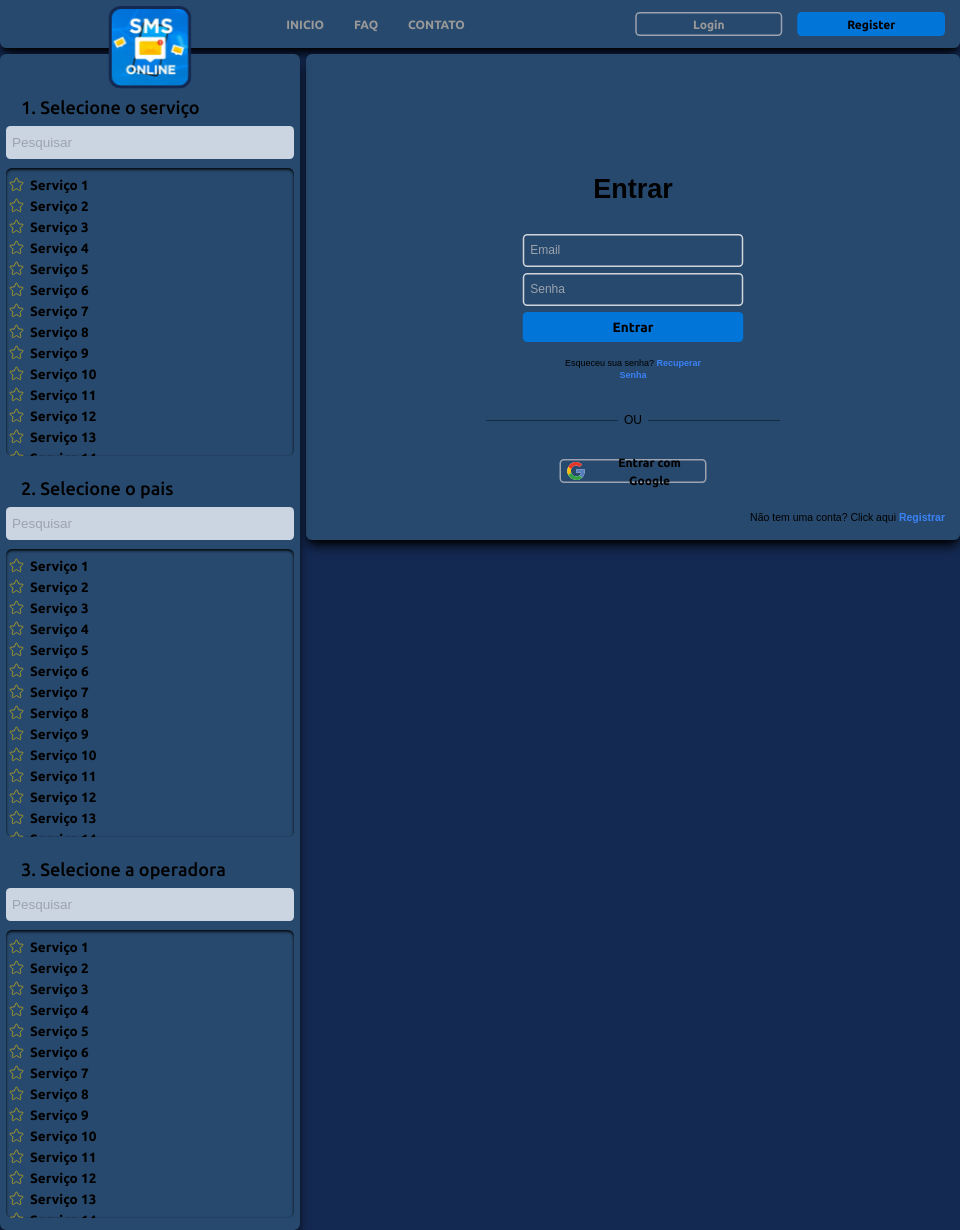
Repository: Felipe-Henrique-Dev/-DIOGO-SMS
Page: /auth
These files come from the project's save history. The page is drawn as it stood at one moment and after a run of saves; the edit follows.
The browser window is 1280 px wide. The pictures show the whole page, at 75% of full size.
The project was rebuilt for these pictures with package versions that can differ from the ones it lists, and the page was loaded fresh each time. The framework's server and built-in components were replaced by stand-ins that run in the browser. Also part of the build but not shown: next.config.ts.

Above is the page before, as saved 2024-12-16 22:58:12.

### src/app/layout.tsx
import type { Metadata } from "next";
import "./globals.css";
import Header from "@/components/main/Header";
import Main from "@/components/main/Main";
import WebApp from "@/components/main/WebApp";



export const metadata: Metadata = {
  title: "Create Next App",
  description: "Generated by create next app",
};

export default function RootLayout({
  children,
}: Readonly<{
  children: React.ReactNode;
}>) {
  return (
    <html lang="pt-br">
      <body className={`antialiased`}>
        <Header />
        <Main>
          <WebApp />
          {children}
        </Main>
      </body>
    </html>
  );
}

### src/app/auth/page.tsx
/* eslint-disable @typescript-eslint/no-unused-vars */
'use client'
import { Button } from "@/components/main/Button";
import { Input } from "@/components/main/Input";
import Section from "@/components/main/Section";
import Image from "next/image";
import { useState } from "react";

export default function Auth() {
  const [sectionSelected, setSectionSelected] = useState("login");
  return (
    <Section className="flex flex-col items-center justify-start pt-40 h-[90svh] px-60 gap-10 sticky top-[4.5rem] ">
      <div
        className="text-sm absolute bottom-5 right-5 cursor-pointer "
        onClick={() => {
          setSectionSelected(sectionSelected === "login" ? "register" : "login");
        }}
      >
        {
          sectionSelected === 'login' ?
            "Não tem uma conta? Click aqui" :
            "Já tem uma conta? Click aqui"
        }
        {
          sectionSelected === 'login' ?
            <b className="text-blue-500 hover:scale-110 hover:border-b-[1px] border-blue-500 cursor-pointer "> Registrar</b> :
            <b className="text-blue-500 hover:scale-110"> Entrar</b>
        }
      </div>

      <h1 className="text-4xl font-bold text-center">
        {
          sectionSelected === "login" ? "Entrar" : "Registrar"
        }
      </h1>
      {
        sectionSelected === "login" ? <Login /> : <Register />
      }
      <div className="flex justify-center items-center gap-2 w-full">
        <hr className="w-1/2 h-px border-black rounded-full " />
        <span>OU</span>
        <hr className="w-1/2 h-px border-black rounded-full" />
      </div>
      <Button
        type="button"
        onClick={() => {
          setSectionSelected("register");
        }}
        size="sm"
        isLoading={false}
        className="flex items-center justify-center gap-5"
        bgColor="none"
      >
        <Image className="size-6" src="/icons/icon-google.svg" alt="Google" width={20} height={20} />
        Entrar com Google
      </Button>

    </Section>
  );
}





const Register = () => {
  return (
    <div className="w-full flex flex-col items-center justify-center  gap-5 ">
      <Input
        type="email"
        placeholder="Email"
        bgColor="none"
        />
      <Input
        type="password"
        placeholder="Senha"
        bgColor="none"
        />
      <Input
        type="password"
        placeholder="Confirmar Senha"
        bgColor="none"
        />
      <Button
          type="submit"
          onClick={() => {}}
          size="md"
          isLoading={false}
        >
        Registrar
      </Button>
      <span className="text-xs w-1/2 text-center">
        Se Registrando você concorda com nossa <b className="text-blue-500 hover:scale-110 hover:border-b-[1px] border-blue-500 cursor-pointer ">Política de Dados</b> e <b className="text-blue-500 hover:scale-110 hover:border-b-[1px] border-blue-500 cursor-pointer ">Política de Cookies</b>.
      </span>
    </div>
  );
};


const Login = () => {
  return (
    <div className="w-full flex flex-col items-center justify-center  gap-5 ">
      <Input
        type="email"
        placeholder="Email"
        bgColor="none"
        />
      <Input
        type="password"
        placeholder="Senha"
        bgColor="none"
        />
      <Button
          type="submit"
          onClick={() => {}}
          size="md"
          isLoading={false}
        >
        Entrar
      </Button>
      <span className="text-xs w-1/2 text-center">
        Esqueceu sua senha? <b className="text-blue-500 hover:scale-110 hover:border-b-[1px] border-blue-500 cursor-pointer ">Recuperar Senha</b>
      </span>
    </div>
  );
};

### src/app/globals.css
@import url('https://fonts.googleapis.com/css2?family=Roboto+Mono&family=Ubuntu:wght@500;700&display=swap');
@tailwind base;
@tailwind components;
@tailwind utilities;


:root {
  --background: hsl(220, 60%, 20%);
  --background-secondary: hsl(211, 47%, 29%);
  --tertiary: hsl(0, 0%, 60%);
  --primary_text: hsl(0, 0%, 100%);
  --light: hsl(213, 27%, 84%);
  --foreground: #171717;
  --color-primary: #000;
  --color-secondary: hsl(208, 98%, 43%);
}


body {
  color: var(--tertiary);
  background: var(--background);
  font-family: Arial, Helvetica, sans-serif;
}

::-webkit-scrollbar {
  width: 5px;
  height: 10px;
}

::-webkit-scrollbar-track {
  background-color: var(--background);
}

::-webkit-scrollbar-thumb {
  background: var(--color-secondary);
  border-radius: 10px;
}

::-webkit-scrollbar-thumb:hover {
  background-color: var(--color-highlight-hover);
}

### src/components/main/Header.tsx
import React from "react";
import { Button } from "./Button";


export default function Header() {
  return (
    <header className="h-16 bg-background_secondary shadow-lg shadow-black max-w-screen-2xl m-auto top-0 items-center justify-between  flex rounded-b-lg px-5 z-[99] ">
        <span className="text-white text-lg w-1/4 font-bold"></span>
        <nav className="flex gap-10 uppercase font-bold font-ubuntu w-1/3 items-start ">
            <a href="#" className="">Inicio</a>
            <a href="#" className="">FAQ</a>
            <a href="#" className="">Contato</a>
        </nav>
        <div className="container flex justify-between items-center w-1/3 gap-5">
            <Button type="button" size="sm" className="text-tertiary" isLoading={false} bgColor="none">Login</Button>
            <Button type="button" size="sm" isLoading={false} bgColor="primary">
                Register
            </Button>
        </div>
    </header>
  );
}

### src/components/main/Main.tsx
import React from "react";

export default function Main({
  children,
}: Readonly<{
  children: React.ReactNode;
}>) {
  return (
    <main className="container max-w-screen-2xl mx-auto flex pt-2 gap-2 ">
      {children}
    </main>
  );
}

### src/components/main/WebApp.tsx
'use client'
import React from "react";
import { Input } from "./Input";
import { useForm } from "react-hook-form"
import Image from "next/image";
import {  IconX } from '@tabler/icons-react';



export default function WebApp() {
  const [selectService, setSelectService] = React.useState<{ title: string; valor: number; numberDispobilize: number; id: string } | null>(null);
  const [selectCountry, setSelectCountry] = React.useState<{ title: string; valor: number; numberDispobilize: number; id: string } | null>(null);
  const [selectOperator, setSelectOperator] = React.useState<{ title: string; valor: number; numberDispobilize: number; id: string } | null>(null);

  return (
    <aside className="min-w-[25rem] min-h-[90svh] shadow-lg shadow-black bg-background_secondary text-pri sticky left-0 top-[4.5rem] rounded-lg flex flex-col p-2 gap-5  pt-14 z-[999]">
      <Image src="/logo.webp" alt="Logo" width={110} height={110} className="rounded-2xl absolute -top-16 transform -translate-x-1/2 left-1/2 z-[99] border-4 border-background " />
      <Container subTitle="1. Selecione o serviço" list={list} select={selectService} setSelect={setSelectService} />
      <Container subTitle="2. Selecione o pais" list={list} select={selectCountry} setSelect={setSelectCountry} />
      <Container subTitle="3. Selecione a operadora" list={list} select={selectOperator} setSelect={setSelectOperator} />
    </aside>
  );
}


const Container = ({
  list,
  subTitle,
  select,
  setSelect
}: {
  subTitle: string;
  select?: { title: string; valor: number; numberDispobilize: number; id: string } | null;
  setSelect: React.Dispatch<React.SetStateAction<{ title: string; valor: number; numberDispobilize: number; id: string } | null>>;
  list: { title: string; valor: number; numberDispobilize: number; id: string }[];
}) => {
  const { register, watch } = useForm();
  const filter = (watch("filter") || "").toLowerCase();
  const [favorites, setFavorites] = React.useState<string[]>([]);
  const [loading, setLoading] = React.useState<boolean>(true);

  React.useEffect(() => {
    const storedFavorites = JSON.parse(localStorage.getItem("favorites") || "[]");
    setFavorites(storedFavorites);
    setLoading(false);
  }, []);

  const setFavoriteInStorage = (item: string) => {
    const newFavorites = favorites.includes(item)
      ? favorites.filter(favorite => favorite !== item)
      : [...favorites, item];

    setFavorites(newFavorites);
    localStorage.setItem("favorites", JSON.stringify(newFavorites));
  };

  // Primeiro filtrar e ordenar a lista antes do map
  const filteredAndSortedList = React.useMemo(() => {
    return list
      .filter(item => item.title.toLowerCase().includes(filter))
      .sort((a, b) => {
        const aFav = favorites.includes(a.id);
        const bFav = favorites.includes(b.id);
        if (aFav && !bFav) return -1;
        if (!aFav && bFav) return 1;
        return 0;
      });
  }, [list, filter, favorites]);

  if (loading) return <div>Carregando...</div>;

  return (
    <div className="flex flex-col gap-2  ">
      <span className="text-2xl w-full text-start px-5 text-black font-ubuntu ">{subTitle}</span>
      {
        select ?
          <div className="flex w-full bg-slate-300 rounded-lg h-10 items-center justify-start px-5 gap-5 ">
            <button onClick={() => setSelect(null)} className="flex items-center justify-center gap-2 h-8 min-w-8 rounded-xl border-red-500 border-[1px] text-black">
               <IconX className="w-5 h-5" />
            </button>
            <span className="text-lg font-bold min-w-8 h-8 rounded-full text-center bg-white ">I</span>
            <span className="text-lg font-bold w-auto text-center text-black font-roboto ">{select.title}</span>
          </div>
        :
        <>
          <Input type="text" placeholder="Pesquisar" size="lg" register={register("filter")} />
          <div className="h-96 shadow-inner shadow-black py-2 w-full my-2 overflow-x-auto scroll-smooth rounded-lg p-1 text-black font-ubuntu ">
            {filteredAndSortedList.map((item) => (
              <div className="w-full flex items-center justify-start gap-2" key={item.id}>
                <Stars
                  stars={favorites.includes(item.id)}
                  setFavorite={() => setFavoriteInStorage(item.id)}
                />
                <button className="flex flex-col font-black" onClick={() => setSelect(item)}>
                  <span className="text-lg font-bold w-full text-center">{item.title}</span>
                </button>
              </div>
            ))}
          </div>
        </>
      }
    </div>
  );
};



const list = [
  {
    id: "1",
    title: "Serviço 1",
    valor: 10.00,
    numberDispobilize: 6000,
  },
  {
    id: "2",
    title: "Serviço 2",
    valor: 20.00,
    numberDispobilize: 5000,
  },
  {
    id: "3",
    title: "Serviço 3",
    valor: 30.00,
    numberDispobilize: 4000,
  },
  {
    id: "4",
    title: "Serviço 4",
    valor: 40.00,
    numberDispobilize: 3000,
  },
  {
    id: "5",
    title: "Serviço 5",
    valor: 50.00,
    numberDispobilize: 2000,
  },
  {
    id: "6",
    title: "Serviço 6",
    valor: 60.00,
    numberDispobilize: 1000,
  },
  {
    id: "7",
    title: "Serviço 7",
    valor: 70.00,
    numberDispobilize: 900,
  },
  {
    id: "8",
    title: "Serviço 8",
    valor: 80.00,
    numberDispobilize: 800,
  },
  {
    id: "9",
    title: "Serviço 9",
    valor: 90.00,
    numberDispobilize: 700,
  },
  {
    id: "10",
    title: "Serviço 10",
    valor: 100.00,
    numberDispobilize: 600,
  },
  {
    id: "11",
    title: "Serviço 11",
    valor: 110.00,
    numberDispobilize: 500,
  },
  {
    id: "12",
    title: "Serviço 12",
    valor: 120.00,
    numberDispobilize: 400,
  },
  {
    id: "13",
    title: "Serviço 13",
    valor: 130.00,
    numberDispobilize: 300,
  },
  {
    id: "14",
    title: "Serviço 14",
    valor: 140.00,
    numberDispobilize: 200,
  },
  {
    id: "15",
    title: "Serviço 15",
    valor: 150.00,
    numberDispobilize: 100,
  }
];

const Stars = ({stars, setFavorite} : {stars: boolean, setFavorite: () => void}) => {
  return (
      <>
          {
              !stars?
              <svg width="20" height="20" viewBox="0 0 13 12" fill="none" xmlns="http://www.w3.org/2000/svg" onClick={setFavorite} className="cursor-pointer" >
                  <path d="M6.49956 9.51326L9.26623 11.1866C9.77289 11.4933 10.3929 11.0399 10.2596 10.4666L9.52623 7.31992L11.9729 5.19993C12.4196 4.81326 12.1796 4.07993 11.5929 4.03326L8.37289 3.75993L7.11289 0.786592C6.88623 0.246592 6.11289 0.246592 5.88623 0.786592L4.62623 3.75326L1.40623 4.02659C0.81956 4.07326 0.57956 4.80659 1.02623 5.19326L3.47289 7.31326L2.73956 10.4599C2.60623 11.0333 3.22623 11.4866 3.73289 11.1799L6.49956 9.51326Z" fill="none" stroke="#EFC900" strokeWidth="0.5"/>
              </svg>
              :
              <svg width="20" height="20" viewBox="0 0 13 12" fill="none" xmlns="http://www.w3.org/2000/svg" onClick={setFavorite} className="cursor-pointer">
                  <path d="M6.49956 9.51326L9.26623 11.1866C9.77289 11.4933 10.3929 11.0399 10.2596 10.4666L9.52623 7.31992L11.9729 5.19993C12.4196 4.81326 12.1796 4.07993 11.5929 4.03326L8.37289 3.75993L7.11289 0.786592C6.88623 0.246592 6.11289 0.246592 5.88623 0.786592L4.62623 3.75326L1.40623 4.02659C0.81956 4.07326 0.57956 4.80659 1.02623 5.19326L3.47289 7.31326L2.73956 10.4599C2.60623 11.0333 3.22623 11.4866 3.73289 11.1799L6.49956 9.51326Z" fill="#EFC900"/>
              </svg>
          }
      </>
  );
}

### src/components/main/Button.tsx
/* eslint-disable @typescript-eslint/no-explicit-any */
import { cn } from "@/lib/utils";
import React from "react";

export const Button = ({
    className,
    size = "md",
    onClick,
    children,
    type,
    isLoading,
    bgColor = "primary",
}:{
    type: 'button' | 'submit' | 'reset';
    onClick?: (event: React.MouseEvent<HTMLButtonElement>) => void;
    className?: string;
    children: React.ReactNode;
    size?: "sm" | "md" | "lg";
    isLoading: boolean;
    bgColor?: "primary" | "secondary" | "danger" | "none";
}) => {

    const sizes = {
        sm: "w-1/2 h-8 text-base",
        md: "w-3/4 h-10 text-lg",
        lg: "w-full h-14 text-xl",
    };

    const bgColors = {
        primary: "bg-secondary text-black",
        secondary: "bg-gray-500 text-white",
        danger: "bg-red-500 text-white",
        none: "bg-transparent text-black border-gray-400 border-2 "
    };

    return (
        <button
            type={type}
            onClick={onClick}
            className={cn(
                "p-2 rounded-md relative flex items-center justify-center font-bold font-ubuntu hover:scale-105 transition-transform duration-300",
                bgColors[bgColor],
                sizes[size],
                className
            )}
            disabled={isLoading}
        >
            {
                isLoading ? loading() : children
            }
        </button>
    );
}


const loading = () => {
    return (
        <div className="absolute inset-0 bg-gray-300 bg-opacity-50 flex items-center justify-center">
            <div className="animate-spin rounded-full h-12 w-12 border-t-2 border-b-2 border-gray-900"></div>
        </div>
    );
}

### src/components/main/Input.tsx
/* eslint-disable @typescript-eslint/no-unused-vars */
/* eslint-disable @typescript-eslint/no-explicit-any */
import { cn } from "@/lib/utils";
import React from "react";

export const Input = ({
    type,
    placeholder,
    classNameSpan,
    classNameLabel,
    classNameInput,
    label,
    size = "md",
    icon,
    register,
    bgColor = "secondary",
    labelIsHidden = false,
    name
}:{
    type: 'text' | 'password' | 'email';
    placeholder: string;
    classNameSpan?: string;
    classNameLabel?: string;
    classNameInput?: string;
    size?: "sm" | "md" | "lg";
    icon?: React.ReactNode;
    register?: any;
    label?: string;
    bgColor?: "primary" | "secondary" | "danger" | "none";
    labelIsHidden?: boolean;
    name?: string;
}) => {

    const sizes = {
        sm: "w-1/2 h-6 text-sm",
        md: "w-3/4 h-8 text-base",
        lg: "w-full h-10 text-lg",
    };

    const bgColors = {
        primary: "bg-light text-black",
        secondary: "bg-light text-black",
        danger: "bg-red-500 text-black",
        none: "bg-transparent text-black border-gray-300 border-2"
    };


    return (
        <span className={cn(
                "relative flex flex-col",
                sizes[size],
                classNameSpan,
        )}>
            {
                labelIsHidden &&
                <label className={cn(
                    classNameLabel
                )} >
                    {label}
                </label>
            }
            <input
                type={type}
                placeholder={placeholder}
                {...register}
                className={cn(
                    "p-2 rounded-md relative w-full",
                    classNameInput,
                    bgColors[bgColor]
                )}
            />
            {icon}
        </span>

    );
}

### src/components/main/Section.tsx
import { cn } from "@/lib/utils";
import React from "react";

export default function Section({
  children,
  className
}: Readonly<{
  children: React.ReactNode;
  className?: string;
}>) {
  return (
    <section className={cn(
      "p-5 flex flex-col min-h-[90svh] bg-background_secondary w-full text-black items-start justify-start rounded-lg shadow-lg shadow-black",
      className
    )}>
      {children}
    </section>
  );
}

### tailwind.config.ts
import type { Config } from "tailwindcss";

export default {
  content: [
    "./src/pages/**/*.{js,ts,jsx,tsx,mdx}",
    "./src/components/**/*.{js,ts,jsx,tsx,mdx}",
    "./src/app/**/*.{js,ts,jsx,tsx,mdx}",
  ],
  theme: {
    extend: {
      colors: {
        background: "var(--background)",
        foreground: "var(--foreground)",
        background_secondary: "var(--background-secondary)",
        primary: "var(--primary)",
        secondary: "var(--color-secondary)",
        tertiary: "var(--tertiary)",
        light: "var(--light)",

      },
      background : {
        background: "var(--background)",
        background_secondary: "var(--background-secondary)",
        foreground: "var(--foreground)",
      },
      fontFamily: {
        ubuntu: ["Ubuntu", "sans-serif"],
        roboto: ["Roboto", "sans-serif"],
      },
    },
  },
  plugins: [],
} satisfies Config;


// .ubuntu-light {
//   font-family: "Ubuntu", sans-serif;
//   font-weight: 300;
//   font-style: normal;
// }

// .ubuntu-regular {
//   font-family: "Ubuntu", sans-serif;
//   font-weight: 400;
//   font-style: normal;
// }

// .ubuntu-medium {
//   font-family: "Ubuntu", sans-serif;
//   font-weight: 500;
//   font-style: normal;
// }

// .ubuntu-bold {
//   font-family: "Ubuntu", sans-serif;
//   font-weight: 700;
//   font-style: normal;
// }

// .ubuntu-light-italic {
//   font-family: "Ubuntu", sans-serif;
//   font-weight: 300;
//   font-style: italic;
// }

// .ubuntu-regular-italic {
//   font-family: "Ubuntu", sans-serif;
//   font-weight: 400;
//   font-style: italic;
// }

// .ubuntu-medium-italic {
//   font-family: "Ubuntu", sans-serif;
//   font-weight: 500;
//   font-style: italic;
// }

// .ubuntu-bold-italic {
//   font-family: "Ubuntu", sans-serif;
//   font-weight: 700;
//   font-style: italic;
// }

Loaded but not shown: src/lib/utils.ts (common file)

After the next 2 saves:
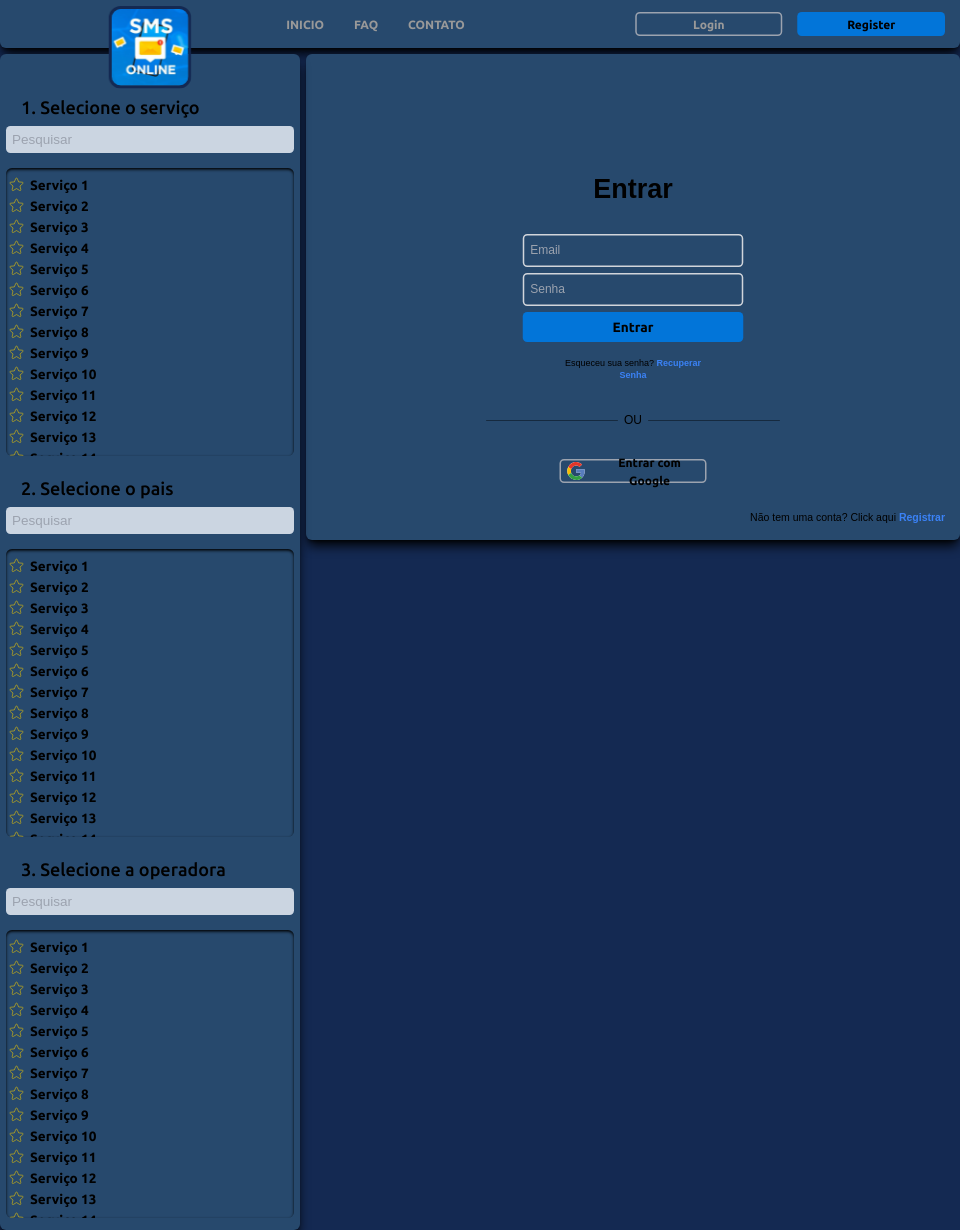
The 2 saves are shown as one change because they came seconds apart.
The last was saved 27 s later.
--- a/src/components/main/WebApp.tsx
+++ b/src/components/main/WebApp.tsx
@@ -83,7 +83,7 @@ const Container = ({
           </div>
         :
         <>
-          <Input type="text" placeholder="Pesquisar" size="lg" register={register("filter")} />
+          <Input type="text" placeholder="Pesquisar" size="lg" classNameInput="w-full h-9" register={register("filter")} />
           <div className="h-96 shadow-inner shadow-black py-2 w-full my-2 overflow-x-auto scroll-smooth rounded-lg p-1 text-black font-ubuntu ">
             {filteredAndSortedList.map((item) => (
               <div className="w-full flex items-center justify-start gap-2" key={item.id}>
